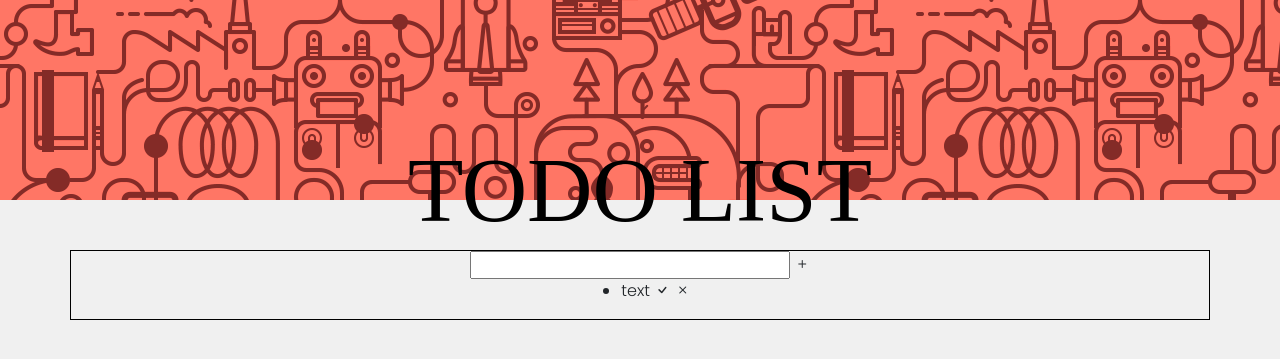
Repository: zum281/todo-list
Page: index.html
These files come from the project's save history. The page is drawn as it stood at one moment and after the next save; the edit follows.
The browser window is 1280 px wide. The pictures show the whole page.
Some web fonts or font styles are not loaded; a fallback is used. Some web libraries are served in a nearby version. The style sheet was rebuilt from its Sass, Less or Tailwind sources for each picture, by a compiler version that may differ from the author's.

Above is the page before, as saved 2021-03-05 16:01:08.

After the next save:
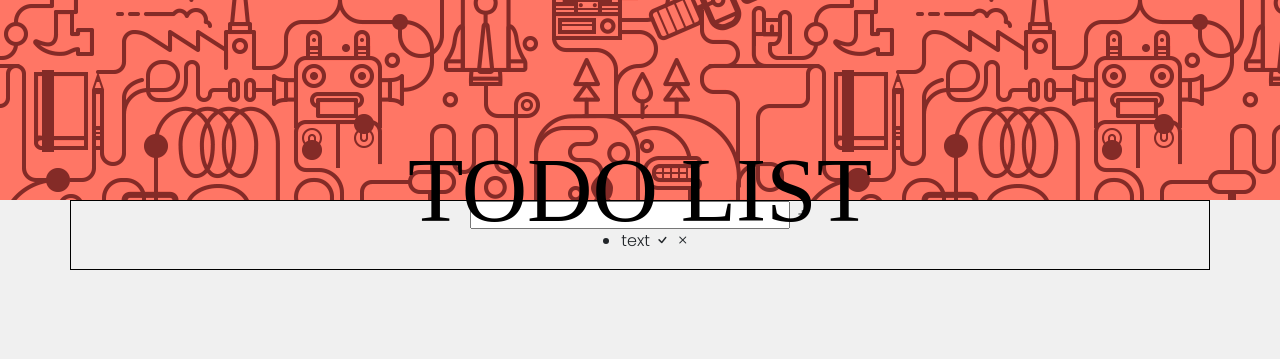
Saved 4 s later.
--- a/sass/main.scss
+++ b/sass/main.scss
@@ -36,5 +36,4 @@ body {
     flex-direction: column;
     align-items: center;
     justify-content: center;
-    margin-top: 50px;
 }
